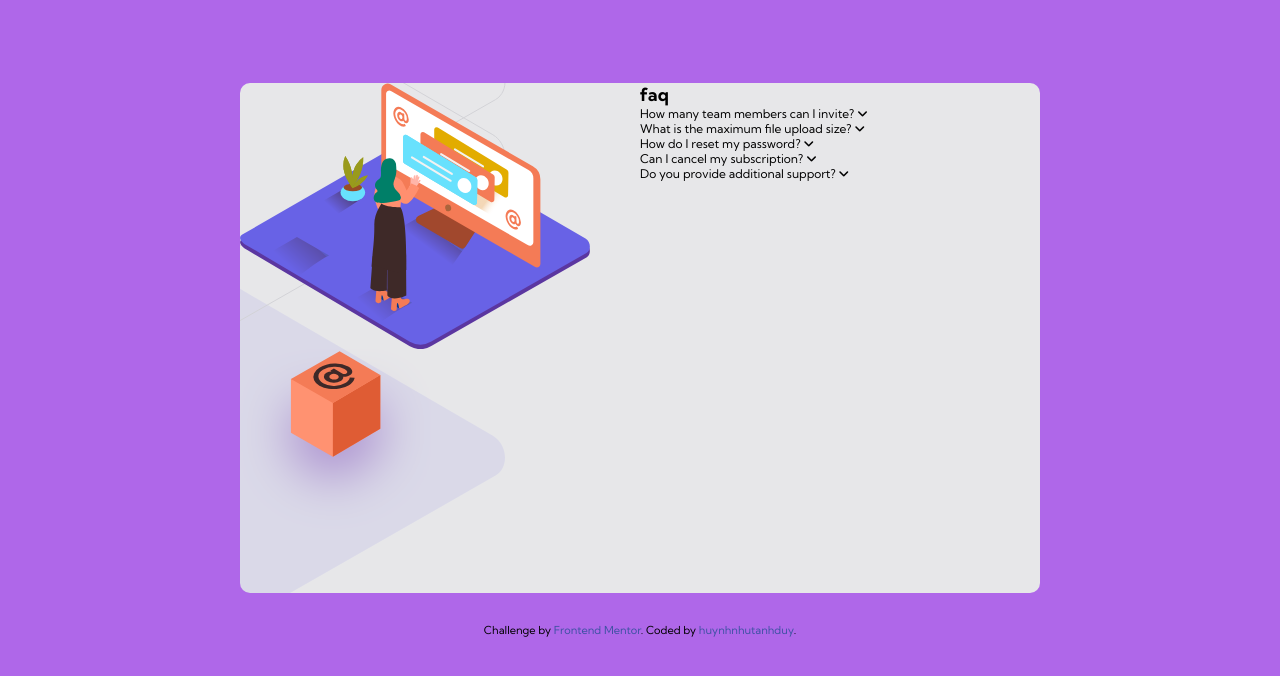
Repository: huynhnhutanhduy/faq-accordion-card
Page: index.html
An editor plug-in stored every save of this project. The page is shown before and after the next save, followed by the edit.
The browser window is 1280 px wide. The pictures show the whole page.

Above is the page before, as saved 2022-10-20 13:45:17.

After the next save:
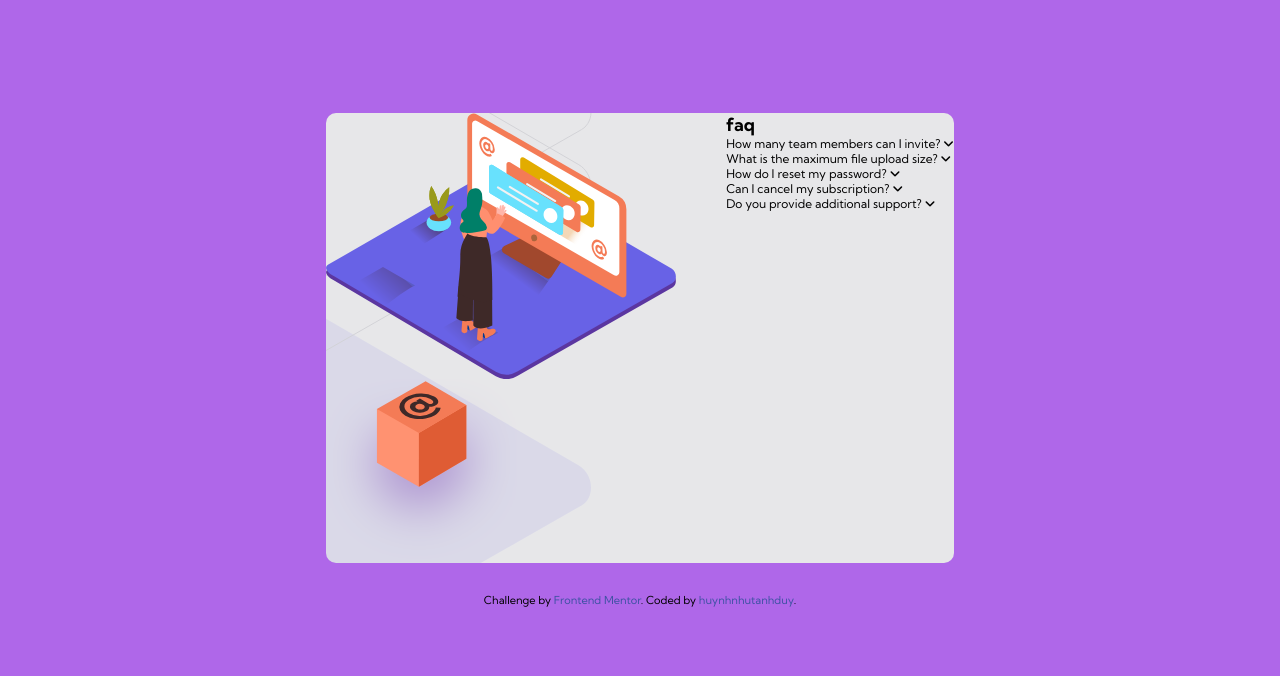
Saved 11 s later.
--- a/app.css
+++ b/app.css
@@ -55,8 +55,8 @@
   background: var(--light-grayish-blue) url("./images/bg-pattern-desktop.svg") no-repeat;
   background-position-x: -700px;
   background-position-y: -300px;
-  height: 51rem;
-  width: 92rem;
+  /* height: 51rem;
+  width: 92rem; */
   display: grid;
   grid-template-columns: 350px 1fr;
   grid-gap: 5rem;

After the save that followed:
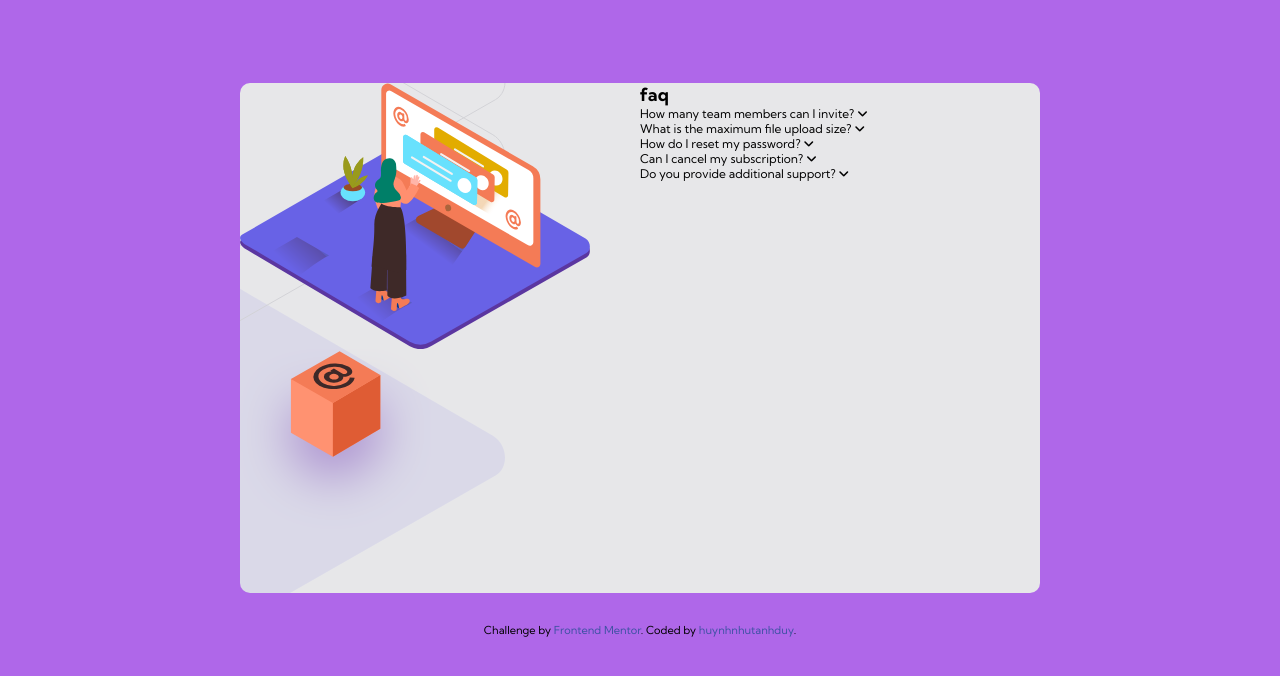
Saved 4 s later.
--- a/app.css
+++ b/app.css
@@ -55,8 +55,8 @@
   background: var(--light-grayish-blue) url("./images/bg-pattern-desktop.svg") no-repeat;
   background-position-x: -700px;
   background-position-y: -300px;
-  /* height: 51rem;
-  width: 92rem; */
+  height: 51rem;
+  width: 92rem;
   display: grid;
   grid-template-columns: 350px 1fr;
   grid-gap: 5rem;
